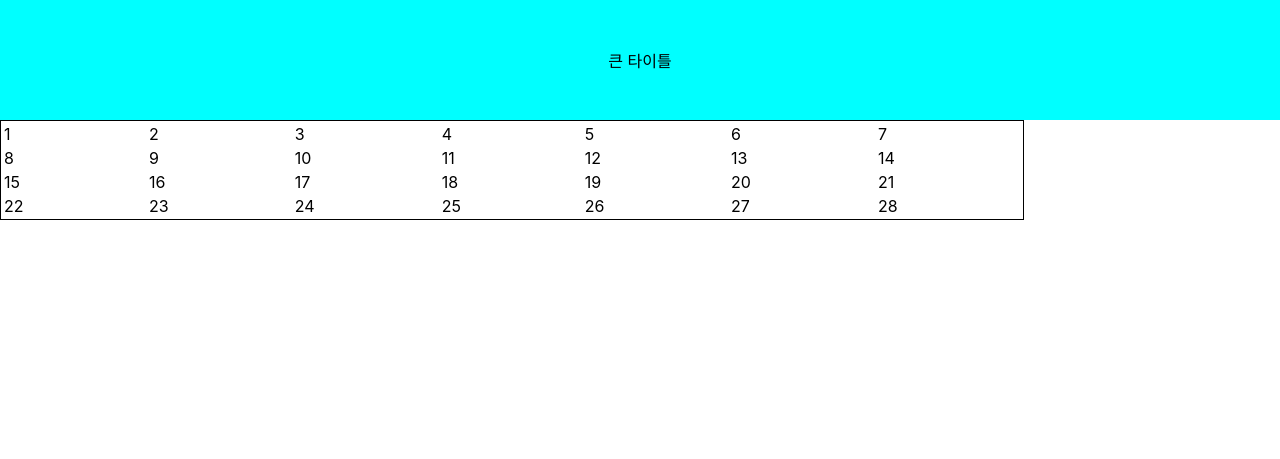
Repository: honeybong/SANGBONG
Page: /
The author's editor kept a copy of each file at every save. The page is drawn from the files as they stood at one save, then again after the next save.
The browser window is 1280 px wide. The pictures show the whole page.
The project was rebuilt for these pictures with package versions that can differ from the ones it lists, and the page was loaded fresh each time.

Above is the page before, as saved 2023-03-22 12:53:42.

After the next save:
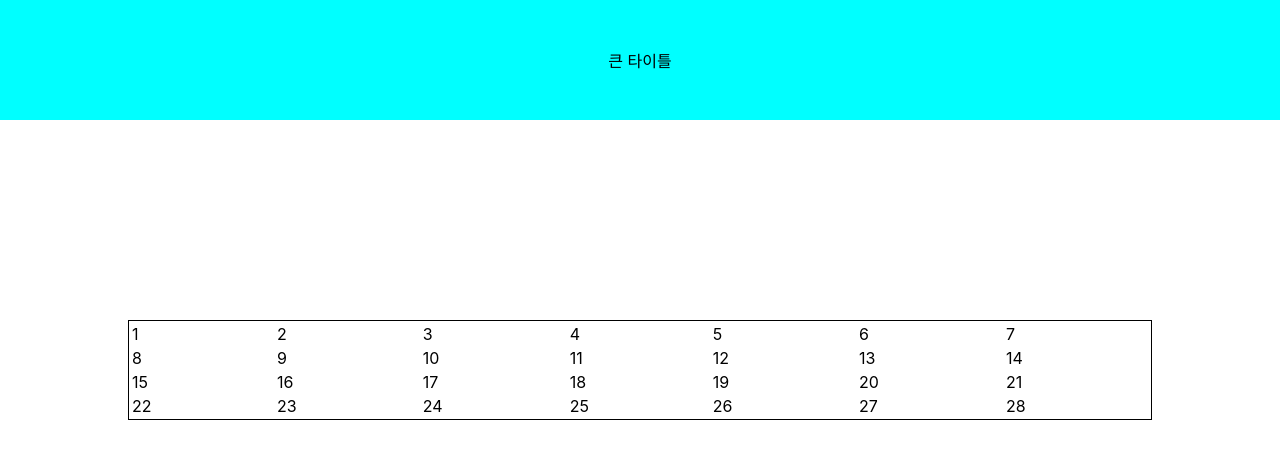
Saved 36 s later.
--- a/src/App.scss
+++ b/src/App.scss
@@ -11,10 +11,12 @@
 }
 .test-body {
   .body-container {
-    display: flex;
-
     width: 100%;
     height: 500px;
+    display: flex;
+    justify-content: center;
+    align-items: center;
+    flex-direction: column;
     .scheduler {
       width: 80%;
       height: 20px;
